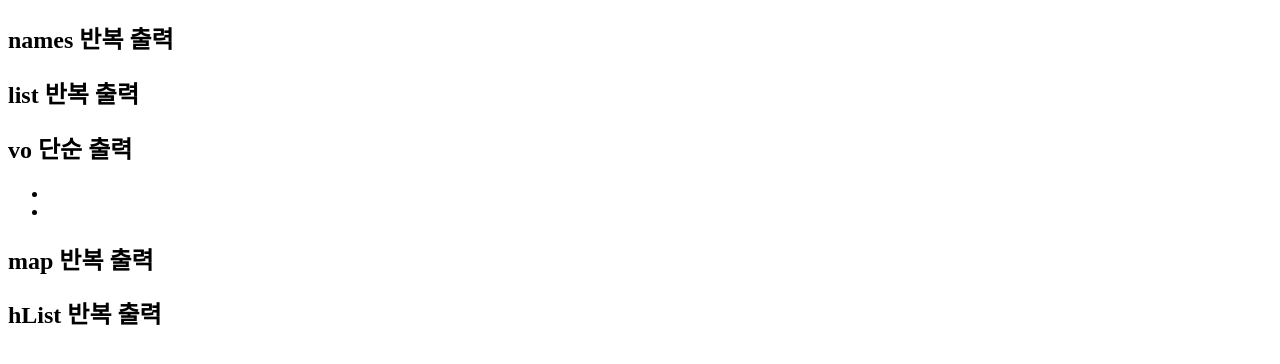
Repository: songyooon/java2
Page: http://localhost/practice03/06getjavaData.jsp
These files come from the project's save history. The page is drawn as it stood at one moment and after the next save; the edit follows.
The browser window is 1280 px wide. The pictures show the whole page.
The page is served by Tomcat 9. Other server files are loaded and not shown. The template is opened directly, without the code that normally fills it, so the values that code supplies are empty.

Above is the page before, as saved 2022-11-10 06:47:54.

### practice03/WebContent/06getjavaData.jsp
<%@ page language="java" contentType="text/html; charset=UTF-8"
    pageEncoding="UTF-8"%>
<%@ taglib prefix="c" uri="http://java.sun.com/jsp/jstl/core" %>
<%@ taglib prefix="fmt" uri="http://java.sun.com/jsp/jstl/fmt" %>
<%@ page import="java.util.*" %>
<%@ page import="java.text.*, java.net.InetAddress" %>
<%@ include file="common.jsp" %>
<!DOCTYPE html>
<html>
<head>
<meta charset="UTF-8">
<title>JSTL + EL 출력</title>
</head>
<body>
	<h2>names 반복 출력</h2>
	<ul>
		<c:forEach items="${names }" var="name" varStatus="status">
		<li>${status.count } : ${name }</li>
		</c:forEach>
	</ul>

	<h2>list 반복 출력</h2>
	<ul>
		<c:forEach items="${list }" var="lst" varStatus="status">
		<li>${status.count } : ${lst }</li>
		</c:forEach>
	</ul>

	<h2>vo 단순 출력</h2>
	<ul>
		<li> ${vo.name }</li>
		<li> ${vo.country }</li>
	</ul>


	<h2>map 반복 출력</h2>
	<ul>
		<c:forEach items="${ map }" var="mp" varStatus="status">
		<li>${status.count } : ${ mp }</li>
		</c:forEach>
	</ul>

	<h2>hList 반복 출력</h2>
	<ul>
		<c:forEach items="${ humanList }" var="human" varStatus="status">
		<li>${status.count }</li>
		<li>${human.name }</li>
		<li>${human.country }</li>
		<li>${human.age }</li>
		</c:forEach>
	</ul>
</body>
</html>

Loaded but not shown: practice03/WebContent/common.jsp (common file)

After the next save:
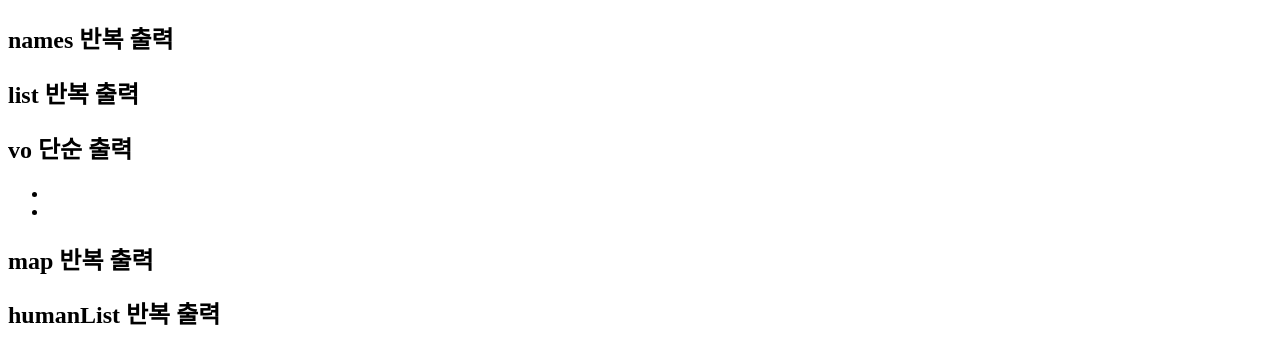
Saved 16 s later.
--- a/practice03/WebContent/06getjavaData.jsp
+++ b/practice03/WebContent/06getjavaData.jsp
@@ -40,7 +40,7 @@
 		</c:forEach>
 	</ul>
 
-	<h2>hList 반복 출력</h2>
+	<h2>humanList 반복 출력</h2>
 	<ul>
 		<c:forEach items="${ humanList }" var="human" varStatus="status">
 		<li>${status.count }</li>
